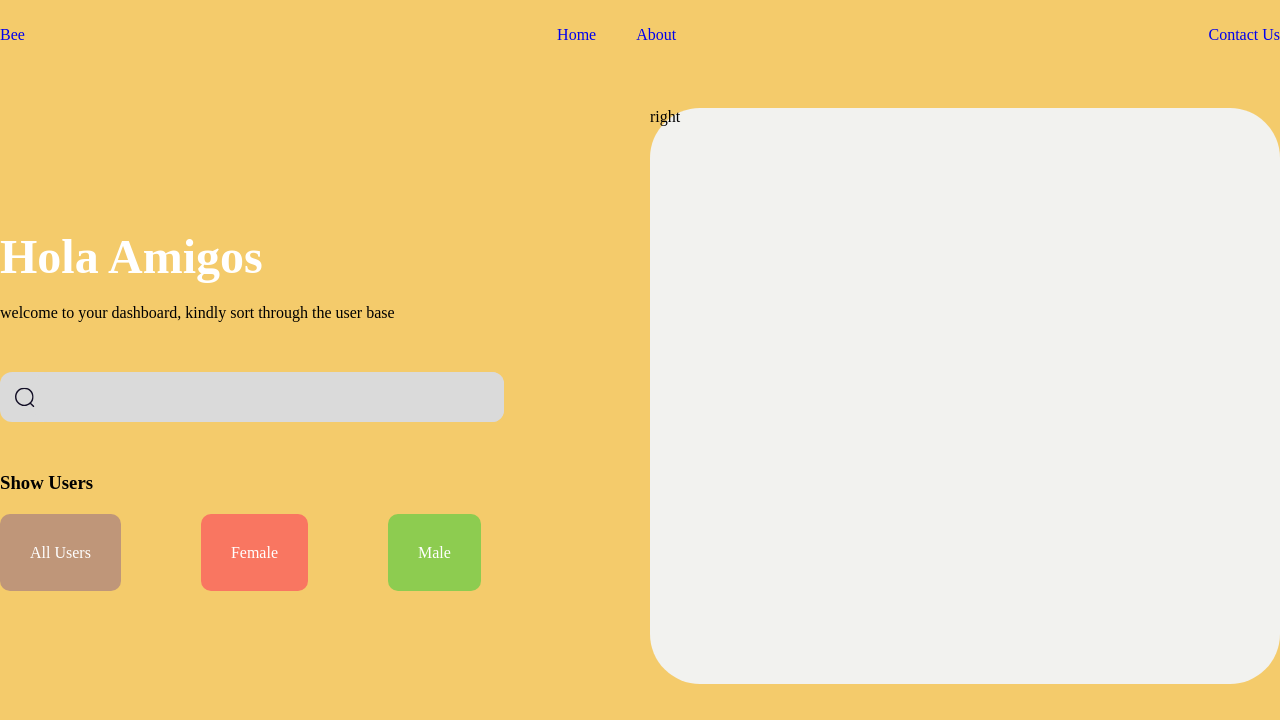
Repository: ble-syn/Random-user-generator-app
Page: /
An editor plug-in stored every save of this project. The page is shown before and after the next save, followed by the edit.
The browser window is 1280 px wide. The pictures show the whole page.
The project was rebuilt for these pictures with package versions that can differ from the ones it lists, and the page was loaded fresh each time. Also part of the build but not shown: src/pages/About.jsx, src/pages/Policy.jsx, src/pages/Terms.jsx, src/pages/Contact.jsx, src/pages/NotFound.jsx.

Above is the page before, as saved 2022-10-26 01:19:54.

### src/index.css
*{
  margin: 0;
  padding: 0;
  box-sizing: border-box;
}
a {
  text-decoration: none;
}

body {
  background-color: #F4CB6B;
}
.container {
  width: 100%;
  max-width: 1300px;
  margin: 0 auto;

}

nav {
  display: flex;
  justify-content: space-between;
  margin: 2% 0 5%;
}
.menu {
  margin: 0 20px;
}

.home-container{
  display: flex;

  align-items: center;
}
/* LEFT STYLES */
#left {
  flex: 5;
}
#left h1 {
  font-size: 3rem;
  font-weight: 700;
  color: #fff;
  margin-bottom: 20px;
}
.search-input {
  width: 80%;
  background-color: #dadada;
  border-radius: 12px;
  border: none;
  display: flex;
  place-items: center;
  padding-left: 15px;
  margin: 50px 0;
}
input {
  border: none;
  border-radius: 12px;
  background-color: inherit;
  width: 100%;
  height: 50px;
  padding-left: 5px;
  font-size: 20px;
}
input:focus {
  outline: none;
}
input::placeholder {
  color: #171717;
}
.user-link-cont {
  margin-top: 50px;
}
.user-link{
  margin-right: 80px;
  padding: 30px;
  border-radius: 10px;
  color: #FFF;
  cursor: pointer;
}
.all-user {
  background-color: #BF9679;
}
.female-user{
  background-color: #F97661;
}
.male-user{
background-color: #8DCC50;
}

#right{
  height: 80vh;
 flex: 5;
  margin-left: 20px;
  background-color: #F2F2EF;
  border-radius: 50px;
}

### src/App.js
import { BrowserRouter as Router, Routes, Route, Navigate} from "react-router-dom";
import Navbar from "./components/Navbar";
import Home from "./pages/Home";
import About from "./pages/About";
import Policy from "./pages/Policy";
import Terms from "./pages/Terms";
import Contact from "./pages/Contact";
import NotFound from "./pages/NotFound";

function App() {
  return (
    <div className="container">
      <Router>
      <Navbar />
        <Routes>
          <Route path="/" element={<Home />} />
          <Route path="/about" element={<About />}>
            <Route path="policy" element={<Policy />} />
            <Route path="terms" element={<Terms />} />
          </Route>
          <Route path="/contact" element={<Contact />} />
          <Route path="/not-found" element={<NotFound />} />
          <Route path="*" element={<Navigate to="/not-found" />} />
        </Routes>
      </Router>

    </div>
  );
}

export default App;

### src/components/Navbar.jsx
import React from "react";
import { Link } from "react-router-dom";

function Navbar() {
    return (
      <nav className="header">
        <div className="logo">
          <Link to="/">Bee</Link>
        </div>


        <div>
            <Link to="/about" className="menu">Home</Link>

            <Link to="/contact" className="menu">About</Link>
        </div>
        <div>
            <Link to="/">Contact Us</Link>
        </div>
      </nav>
    );
  }

export default Navbar;

### src/pages/Home.jsx
import React from "react";
import { Link } from "react-router-dom";
import { ReactComponent as Search } from "../assets/Search.svg"

function Home() {
  return (
    <div className="home-container">
      <div id="left">
        <h1>Hola Amigos</h1>
        <p>welcome to your dashboard, kindly sort through the user base</p>
        <form action="" className="search-input">
          <Search />
          <input type="text" name="" id="" />
        </form>
        <h3>Show Users</h3>
        <div className="user-link-cont">
          <Link className="user-link all-user" to="/login">All Users</Link>
          <Link className="user-link female-user" to="/register">Female</Link>
          <Link className="user-link male-user" to="/about">Male</Link>
        </div>
      </div>
      <div id="right">
        right
      </div>
    </div>
  );
}

export default Home;

Loaded but not shown: public/index.html (common file); src/index.js (common file); src/reportWebVitals.js (common file)

After the next save:
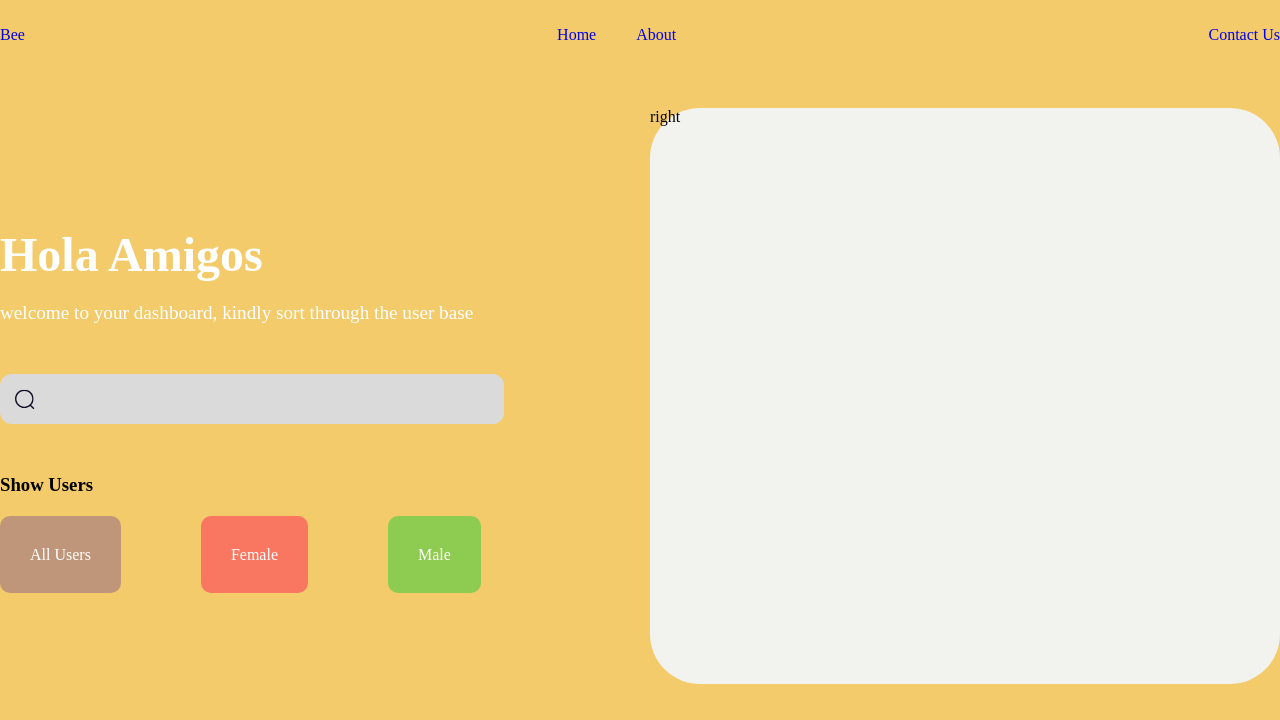
Saved 14 s later.
--- a/src/index.css
+++ b/src/index.css
@@ -38,6 +38,11 @@ nav {
 #left h1 {
   font-size: 3rem;
   font-weight: 700;
+  color: #fff;
+  margin-bottom: 20px;
+}
+#left p {
+  font-size: 1.2rem;
   color: #fff;
   margin-bottom: 20px;
 }
